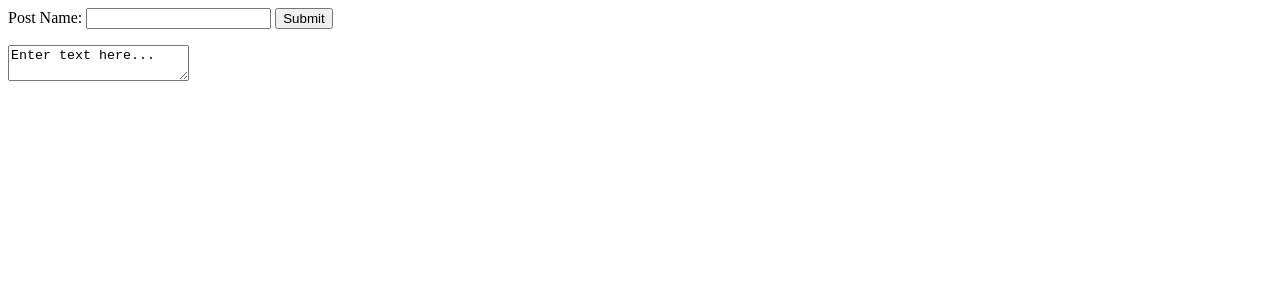
Repository: AnnieFisher/blog
Page: BlogMVC/WebContent/addPost.view.html
The author's editor kept a copy of each file at every save. The page is drawn from the files as they stood at one save, then again after the next save.
The browser window is 1280 px wide. The pictures show the whole page.

Above is the page before, as saved 2016-12-17 08:55:29.

After the next save:
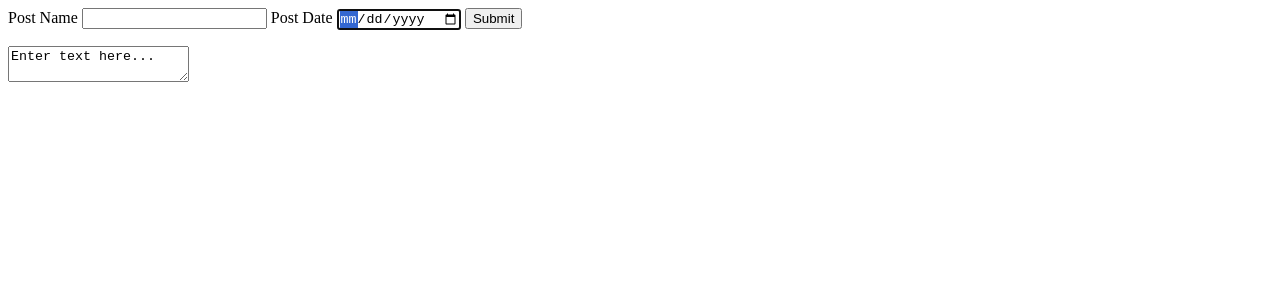
Saved 7 min 44 s later.
--- a/BlogMVC/WebContent/addPost.view.html
+++ b/BlogMVC/WebContent/addPost.view.html
@@ -1,7 +1,11 @@
 <div>
 
 <form action="addPost()" id="usrform">
-  Post Name: <input type="text" name="postName">
+  <label for="postName" class="sr-only">Post Name</label>
+  <input type="text" ng-model="post.postName" name="postName">
+  <label for="postDate" class="sr-only">Post Date</label>
+  <input ng-model="post.postDate" name="postDate" type="date" id="inputJob" class="form-control" placeholder="Post Date"
+					required autofocus>
   <input type="submit">
 </form>
 
